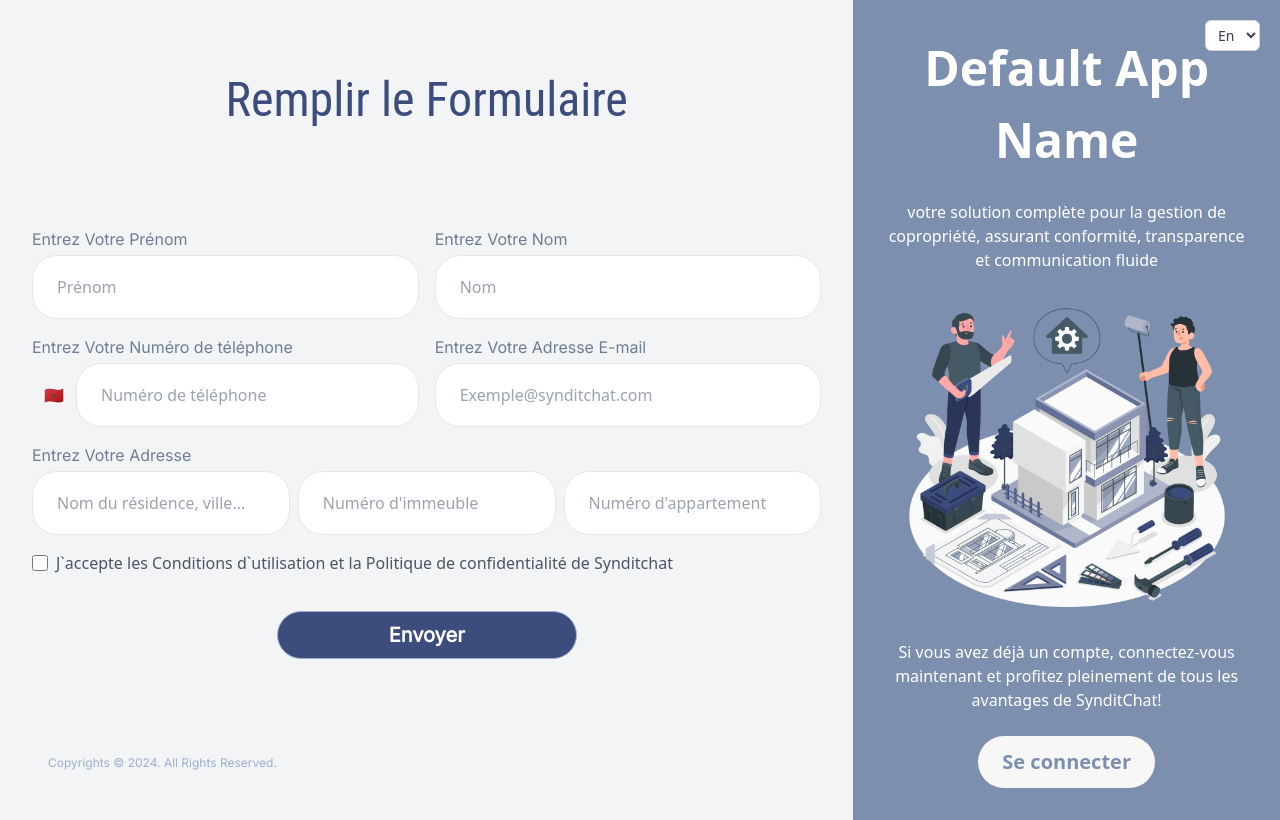
Repository: idir2023/Syndicat-amine
Page: http://localhost/inscription
The author's editor kept a copy of each file at every save. The page is drawn from the files as they stood at one save, then again after a run of saves.
The browser window is 1280 px wide. The pictures show the whole page.
Some web libraries are served in a nearby version. The page is served by the project's Laravel application, run on PHP 8.4 with Laravel 12. Queries for data that is not in the repository find no rows.

Above is the page before, as saved 2024-10-13 10:52:03.

After the next 3 saves:
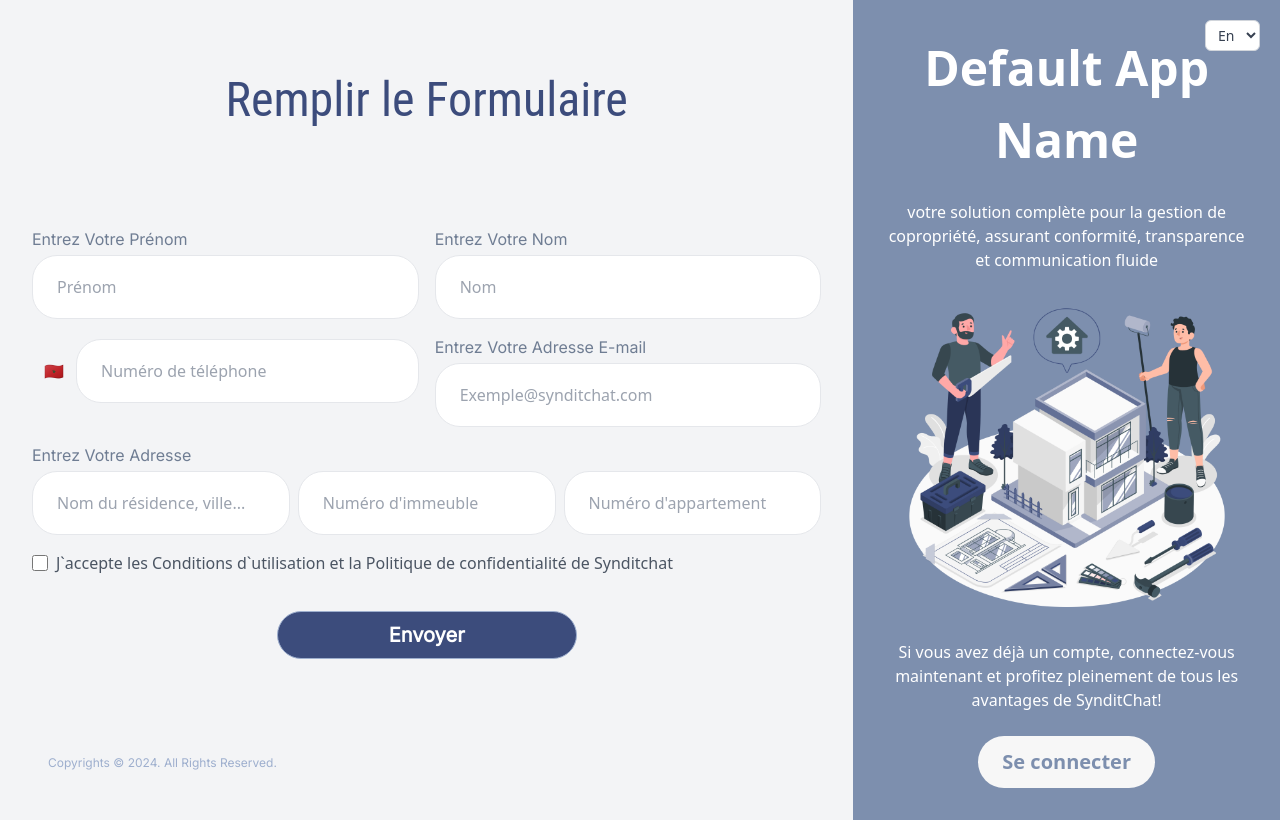
The 3 saves are shown as one change because they came seconds apart.
The last was saved 10 s later.
--- a/resources/views/auth/formRegister/formRegister.blade.php
+++ b/resources/views/auth/formRegister/formRegister.blade.php
@@ -56,7 +56,7 @@
         <div class="w-1/2">
             <label class="block mb-1 font-['Inter'] font-medium text-[16px] text-[#6F7D93]">
                 {{ __('') }}
-                Entrez Votre Numéro de téléphone
+
             </label>
             <div class="flex items-center">
                 <span class="p-3 flex items-center">🇲🇦</span>
@@ -71,8 +71,8 @@
 
         <div class="w-1/2">
             <label class="block mb-1 font-['Inter'] font-medium text-[16px] text-[#6F7D93]">
-                {{ __('') }}
-                Entrez Votre Adresse E-mail
+                {{ __(' Entrez Votre Adresse E-mail') }}
+
             </label>
             <input type="email" name="email" placeholder="Exemple@synditchat.com"
                    value="{{ old('email') }}"

After the save that followed:
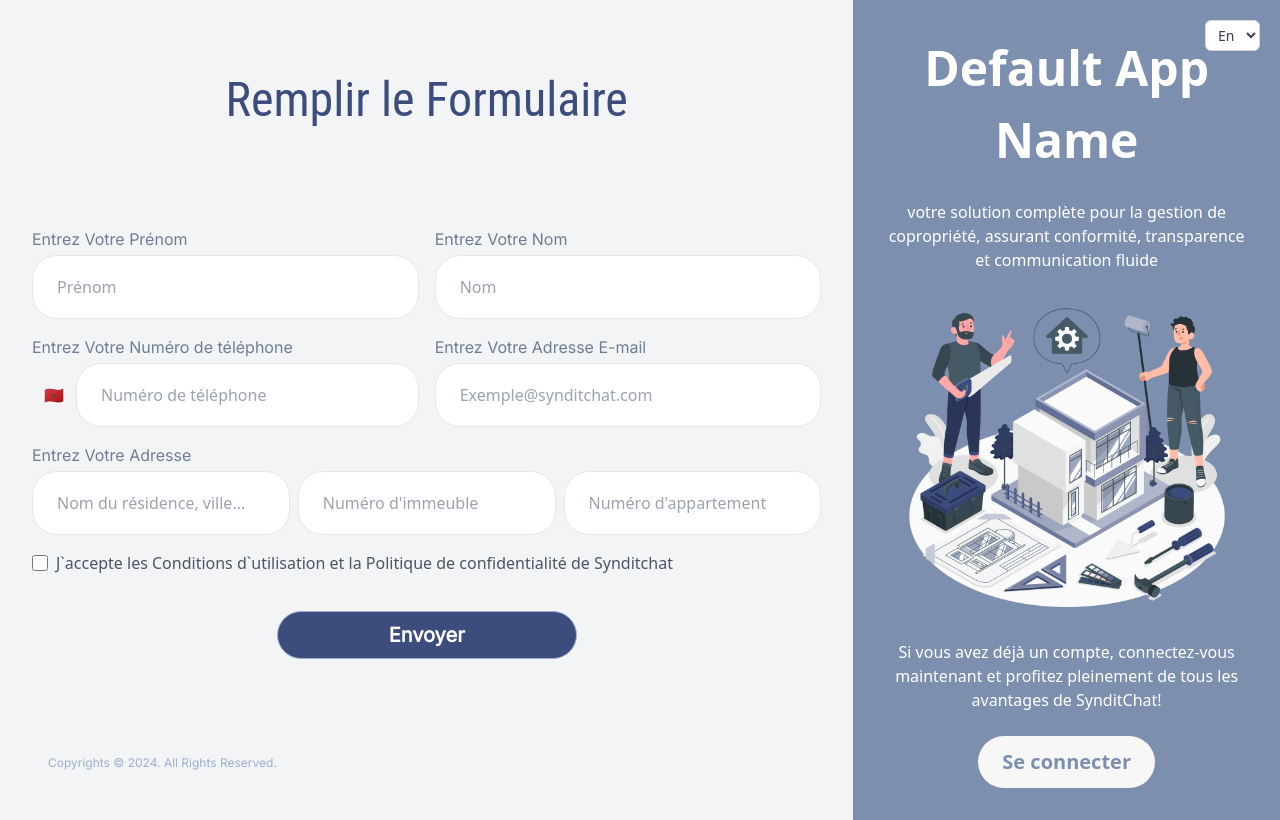
Saved 4 s later.
--- a/resources/views/auth/formRegister/formRegister.blade.php
+++ b/resources/views/auth/formRegister/formRegister.blade.php
@@ -55,7 +55,7 @@
     <div class="flex space-x-4">
         <div class="w-1/2">
             <label class="block mb-1 font-['Inter'] font-medium text-[16px] text-[#6F7D93]">
-                {{ __('') }}
+                {{ __('Entrez Votre Numéro de téléphone') }}
 
             </label>
             <div class="flex items-center">
